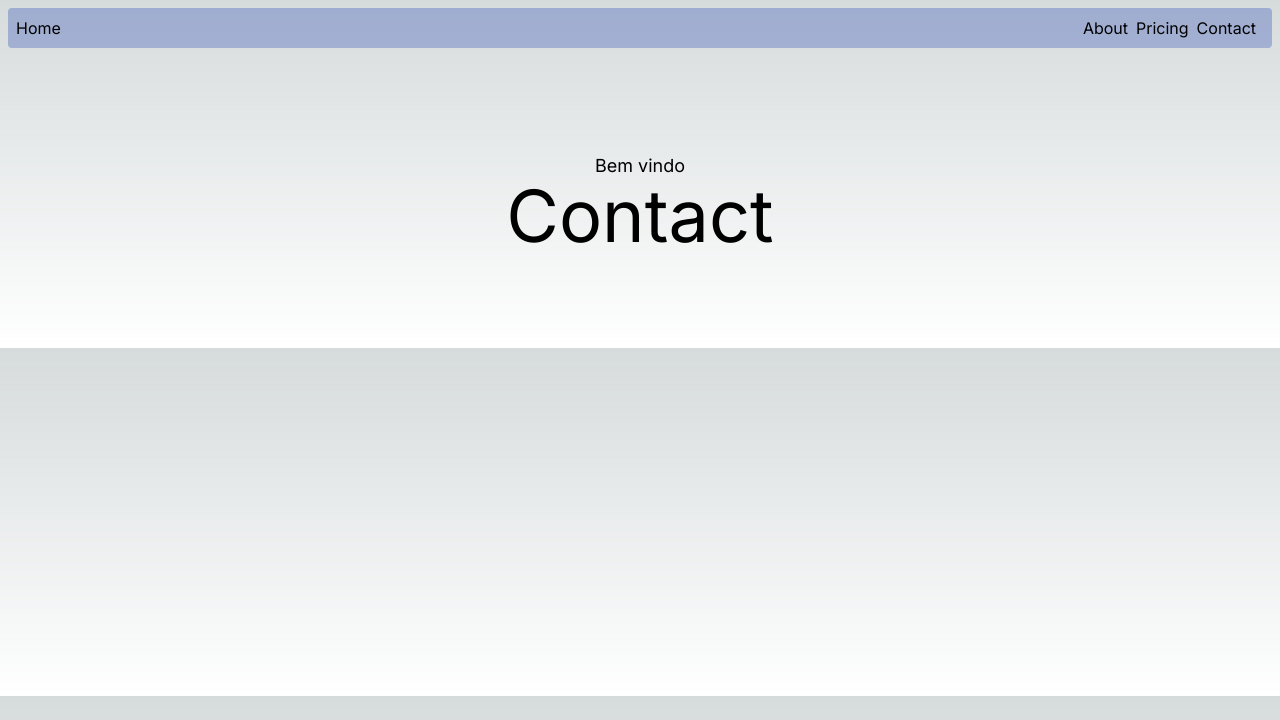
Repository: wellingtondevops/01-first-steps
Page: /contact
An editor plug-in stored every save of this project. The page is shown before and after the next save, followed by the edit.
The browser window is 1280 px wide. The pictures show the whole page.
The project was rebuilt for these pictures with package versions that can differ from the ones it lists, and the page was loaded fresh each time. The framework's server and built-in components were replaced by stand-ins that run in the browser. Also part of the build but not shown: next.config.js.

Above is the page before, as saved 2025-07-12 17:18:04.

After the next save:
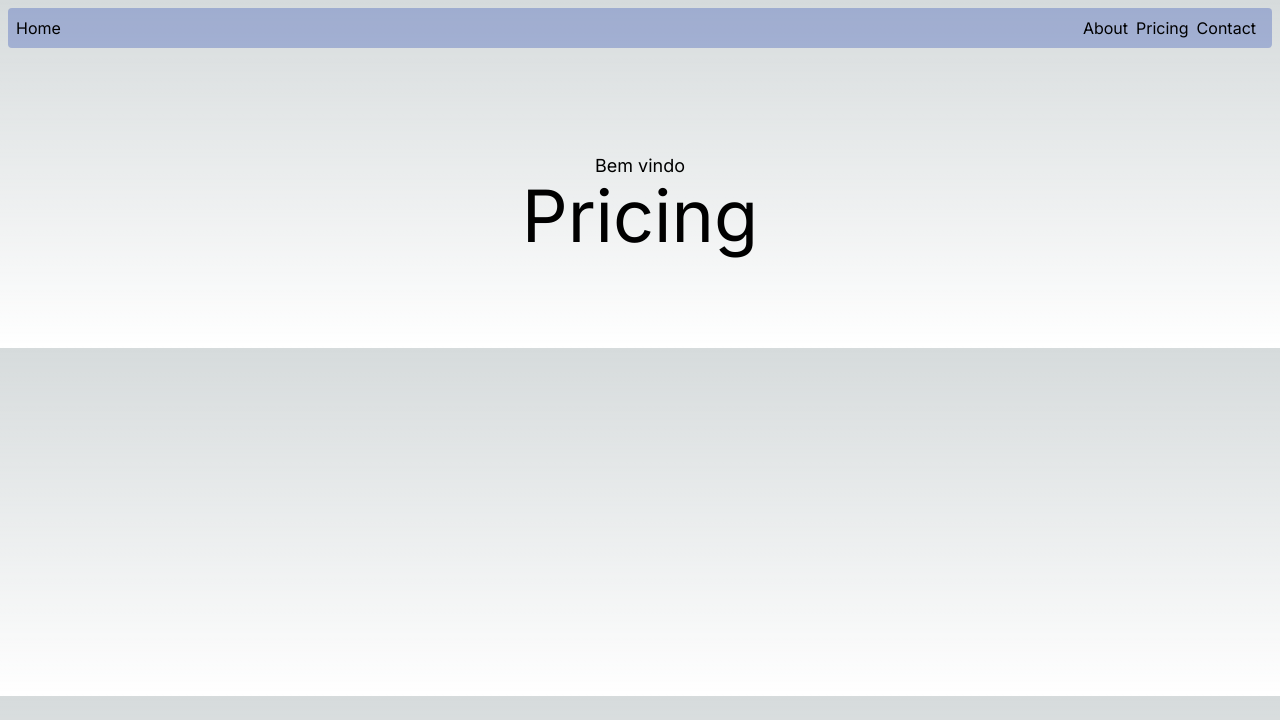
Saved 64 s later.
--- a/app/(general)/contact/page.tsx
+++ b/app/(general)/contact/page.tsx
@@ -1,15 +1,15 @@
 import type { Metadata } from "next";
 
-export default function Contact() {
+export default function Pricing() {
   return (
     <>
-      <span className="text-7xl">Contact</span>
+      <span className="text-7xl">Pricing</span>
     </>
   );
 }
 
-
-export const metadata:Metadata = {
- title: 'Contacts',
- description: 'Page Contacts',
+export const metadata: Metadata = {
+  title: "Pricing",
+  description: "Page pricing",
+  keywords: ["Pricing", "Wellington"],
 };

After the 2 saves that followed:
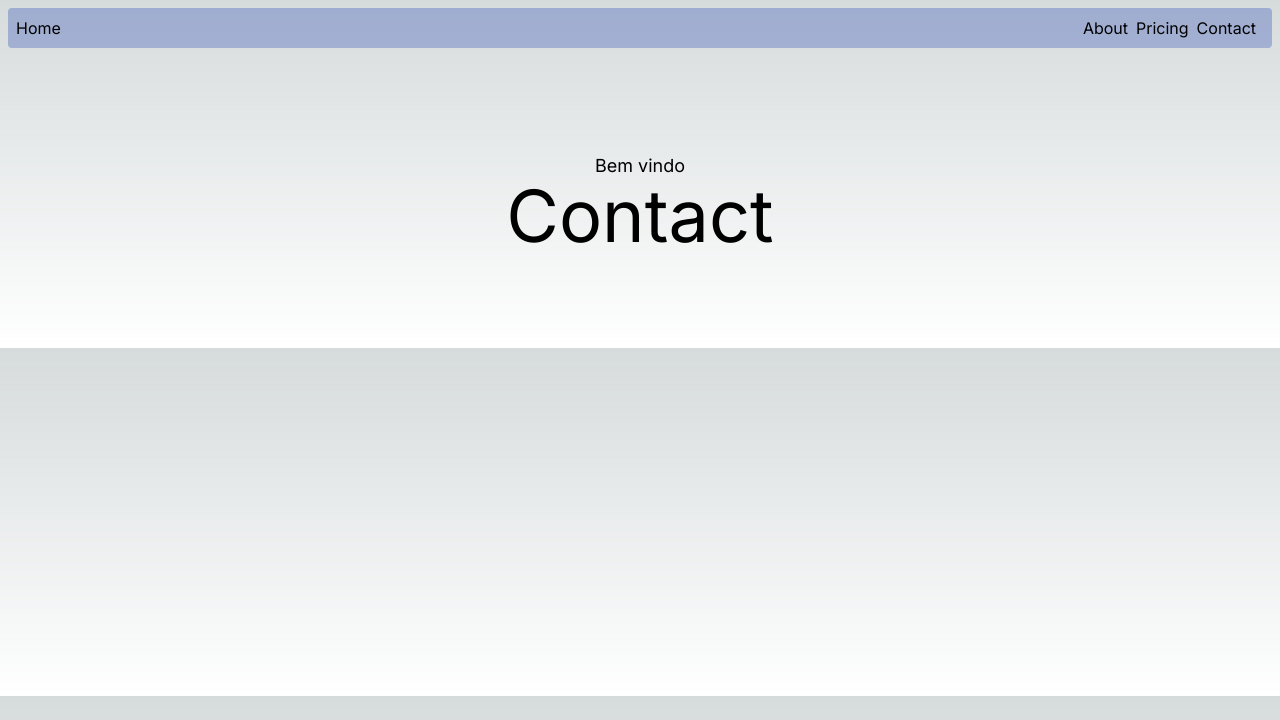
The 2 saves are shown as one change because 1 left the picture as it was.
The last was saved 13 s later.
--- a/app/(general)/contact/page.tsx
+++ b/app/(general)/contact/page.tsx
@@ -1,9 +1,10 @@
 import type { Metadata } from "next";
 
-export default function Pricing() {
+
+export default function Contact() {
   return (
     <>
-      <span className="text-7xl">Pricing</span>
+      <span className="text-7xl">Contact</span>
     </>
   );
 }
